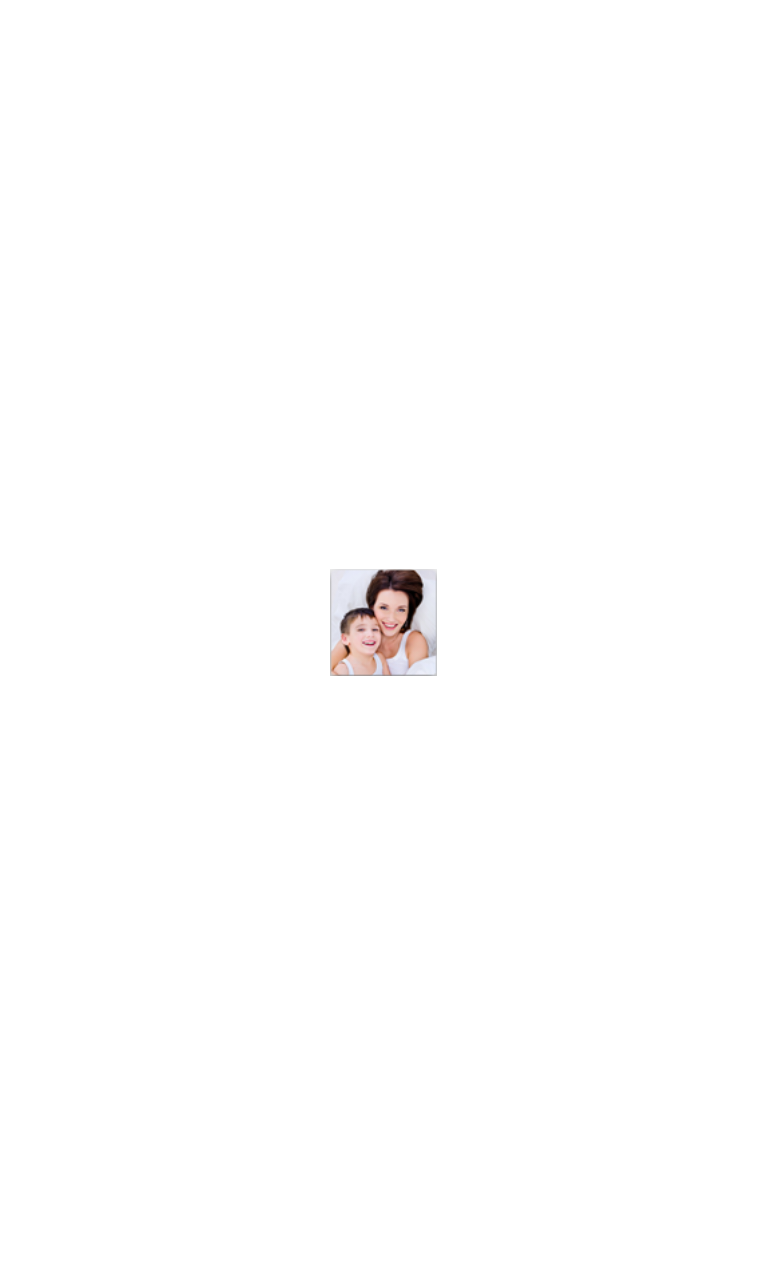
Repository: stone-jin/birthday
Layout: birthday/res/layout/sms_gridview_item.xml
An editor plug-in stored every save of this project. The layout is shown before and after the next save, followed by the edit.
It is drawn on a 768 x 1280 px phone screen (xhdpi) without system bars, with theme AppTheme; the app's code is not run.

Above is the layout before, as saved 2014-05-05 11:13:40.

After the next save:
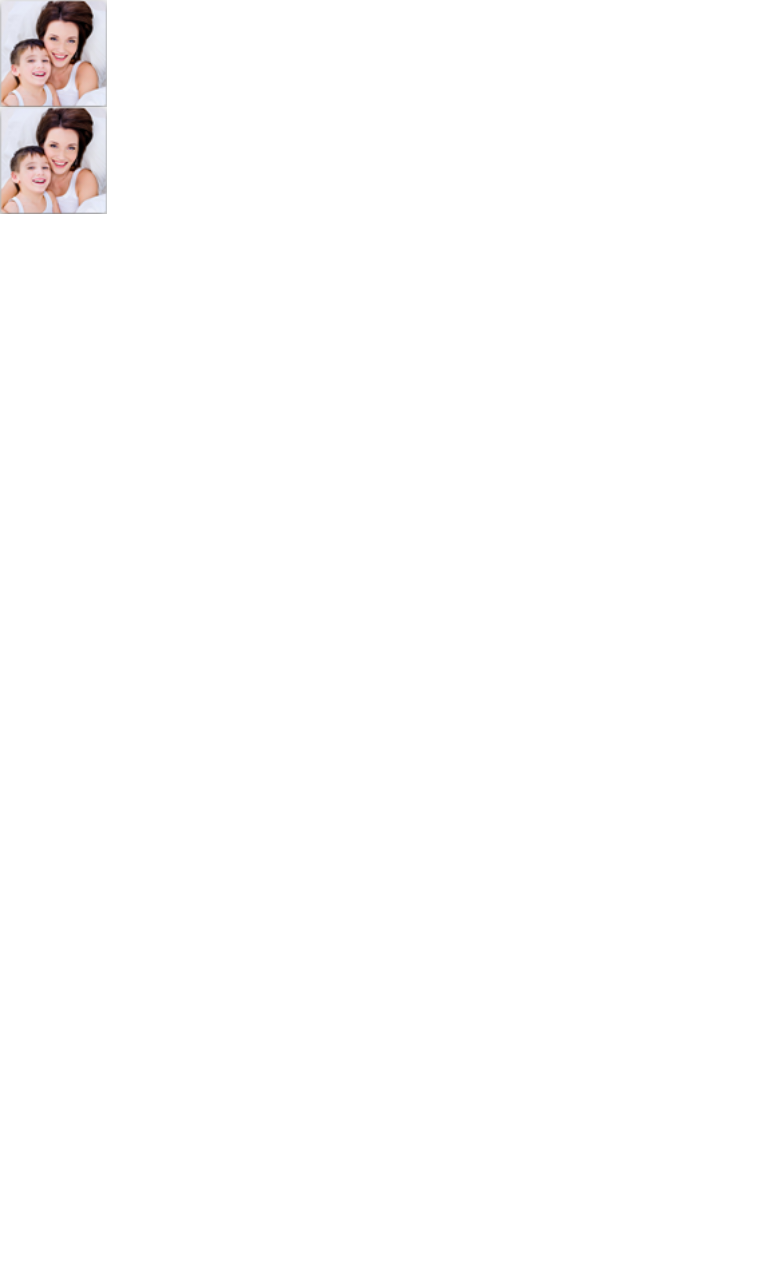
Saved 2 min 24 s later.
--- a/birthday/res/layout/sms_gridview_item.xml
+++ b/birthday/res/layout/sms_gridview_item.xml
@@ -4,16 +4,32 @@
     android:layout_height="fill_parent"
     >
 
-    <TextView
+    <LinearLayout
         android:layout_width="wrap_content"
         android:layout_height="wrap_content"
-        android:text="网络文体"
-        android:textColor="#ffffff"
-        android:textSize="12sp"
-        android:drawableTop="@drawable/a1"
-        android:layout_centerInParent="true"
-        android:gravity="center_horizontal"
-        />
+        android:orientation="vertical"
+        >
+
+        <ImageView
+            android:layout_width="wrap_content"
+            android:layout_height="wrap_content"
+            android:background="@drawable/a1"
+            />
+
+	    <TextView
+	        android:layout_width="wrap_content"
+	        android:layout_height="wrap_content"
+	        android:text="网络文体"
+	        android:textColor="#ffffff"
+	        android:textSize="12sp"
+	        android:drawableTop="@drawable/a1"
+	        android:layout_centerInParent="true"
+	        android:gravity="center_horizontal"
+	        />
+
+    </LinearLayout>
+
+
 
 
 </RelativeLayout>
